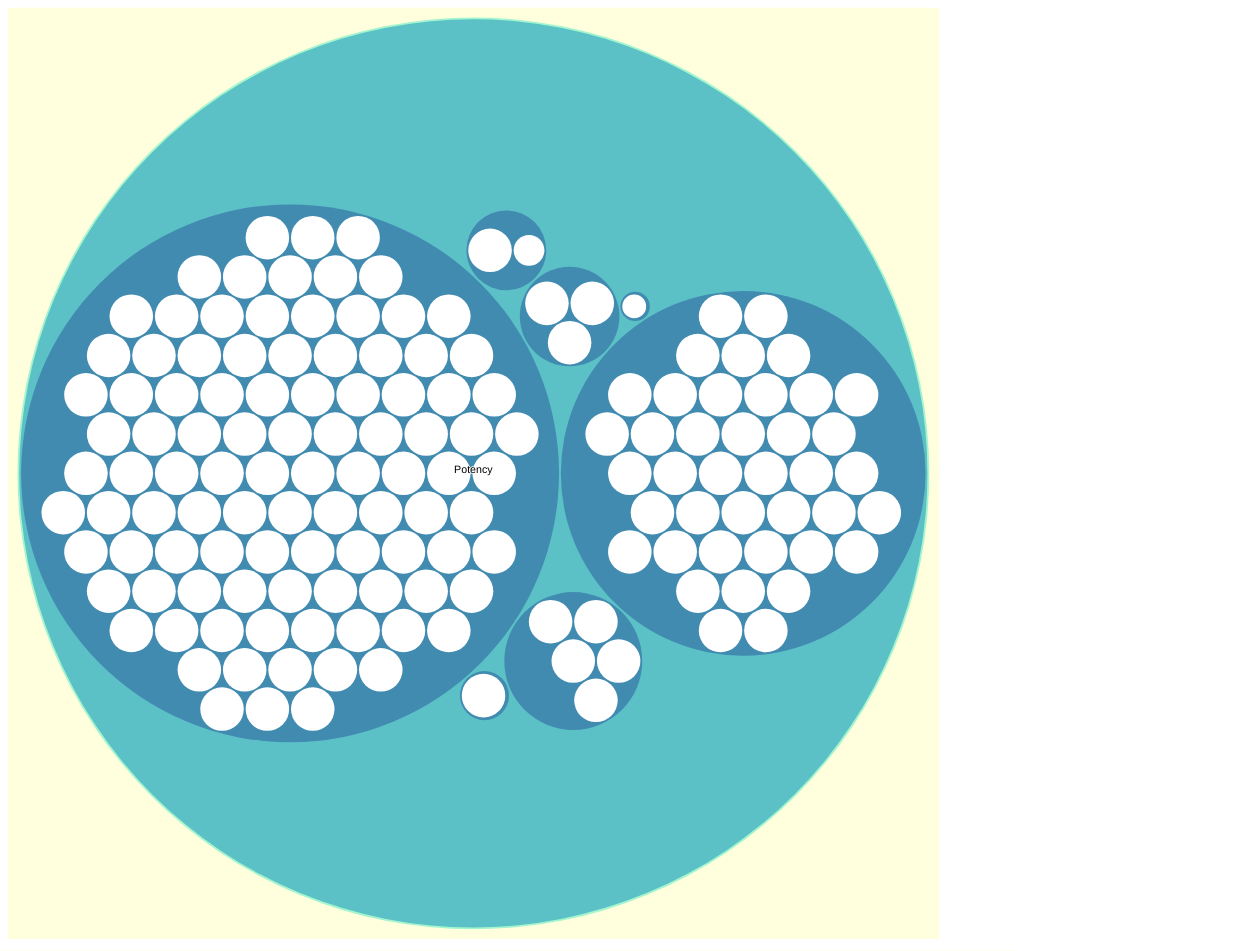
Repository: m0llyc00k/ms-2
Page: clusters/index.html
The author's editor kept a record of every edit. The page is drawn from the files as they stood at one moment, then again after the next edit.
The browser window is 1280 px wide. The pictures show the whole page, at 97% of full size.

Above is the page before.

After the next edit:
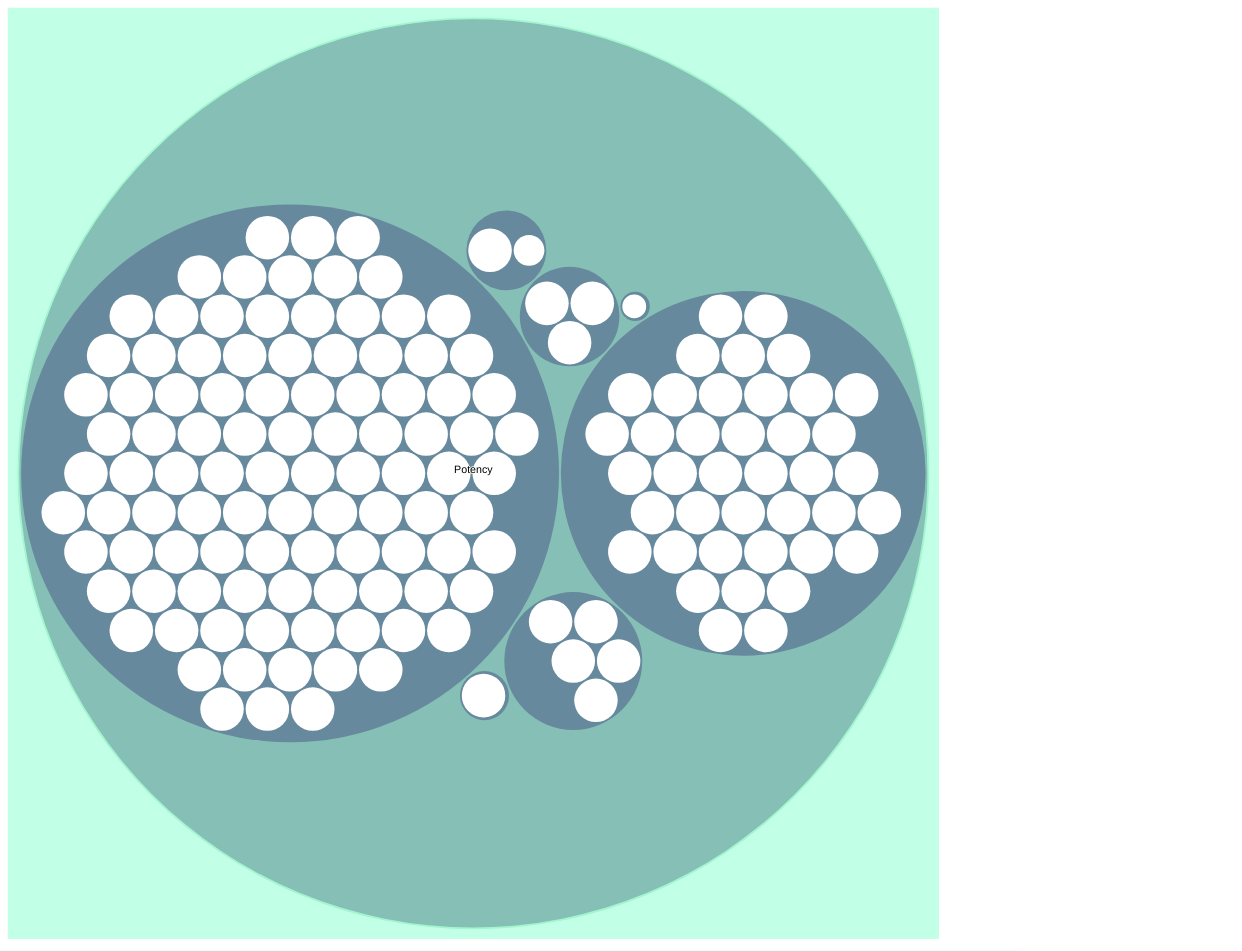
The edit:
--- a/clusters/index.html
+++ b/clusters/index.html
@@ -40,7 +40,7 @@
 var color = d3.scaleLinear()
     .domain([0, 3])
     .range(["hsl(152,80%,80%)", "hsl(228,30%,40%)"])
-    .interpolate(d3.interpolateHcl);
+    // .interpolate(d3.interpolateHcl);
 
 var pack = d3.pack()
     .size([diameter - margin, diameter - margin])
